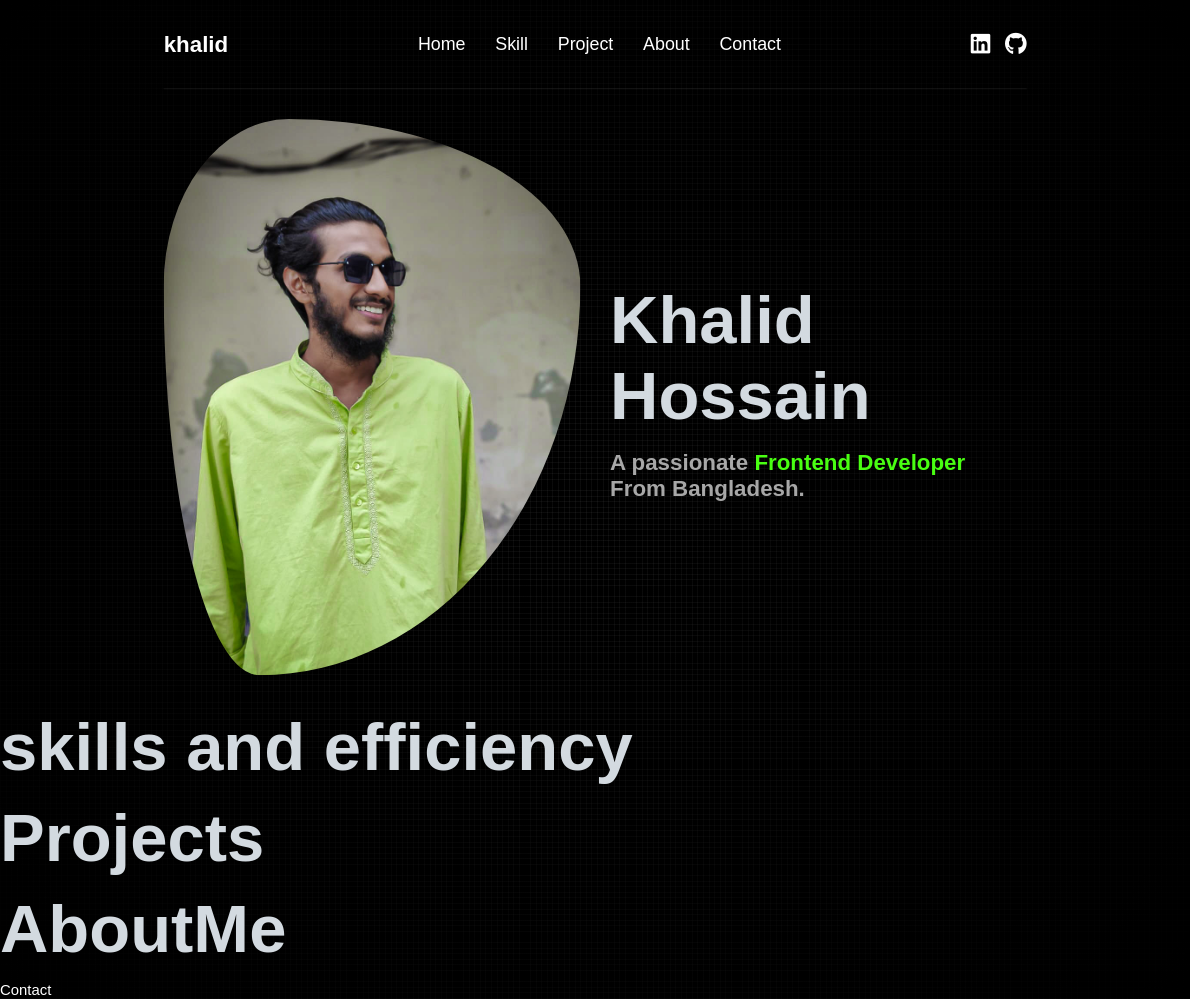
Repository: badhon252/my-portfolio
Page: /
These files come from the project's save history. The page is drawn as it stood at one moment and after the next save; the edit follows.
The browser window is 1280 px wide. The pictures show the whole page, at 93% of full size.
The project was rebuilt for these pictures with package versions that can differ from the ones it lists, and the page was loaded fresh each time. Also part of the build but not shown: src/Components/Home/Header/Navbar/Navs/LinkedIn/LinkedIn.module.css, src/Components/Home/Header/Navbar/Navs/GitHub/Github.module.css.

Above is the page before, as saved 2023-01-15 23:56:57.

After the next save:
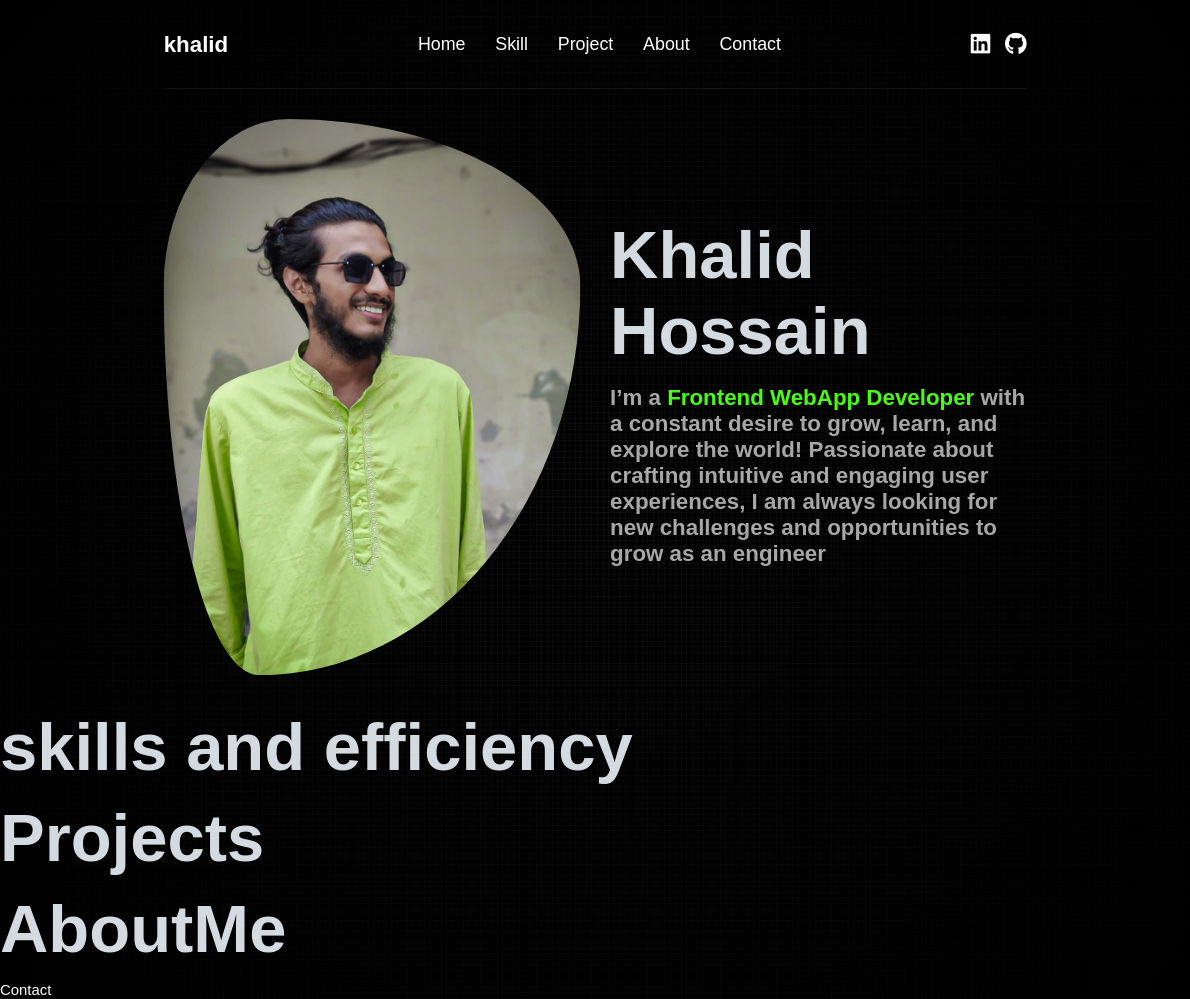
Saved 2 min 55 s later.
--- a/src/Components/Home/Header/HeaderContent/HeroSection.jsx
+++ b/src/Components/Home/Header/HeaderContent/HeroSection.jsx
@@ -6,7 +6,9 @@ export default function HeroSection({col}) {
     <div className={col}>
           <h1 className={Classes.h1}>Khalid Hossain</h1>
           <p>
-            A passionate <span>Frontend Developer </span> From Bangladesh.
+            I’m a <span>Frontend WebApp Developer</span> with a constant desire to grow, learn, and explore the world! Passionate about crafting intuitive and engaging user experiences,
+            I am always looking for new challenges and opportunities to grow as an engineer
+
           </p>
     </div>
   );
